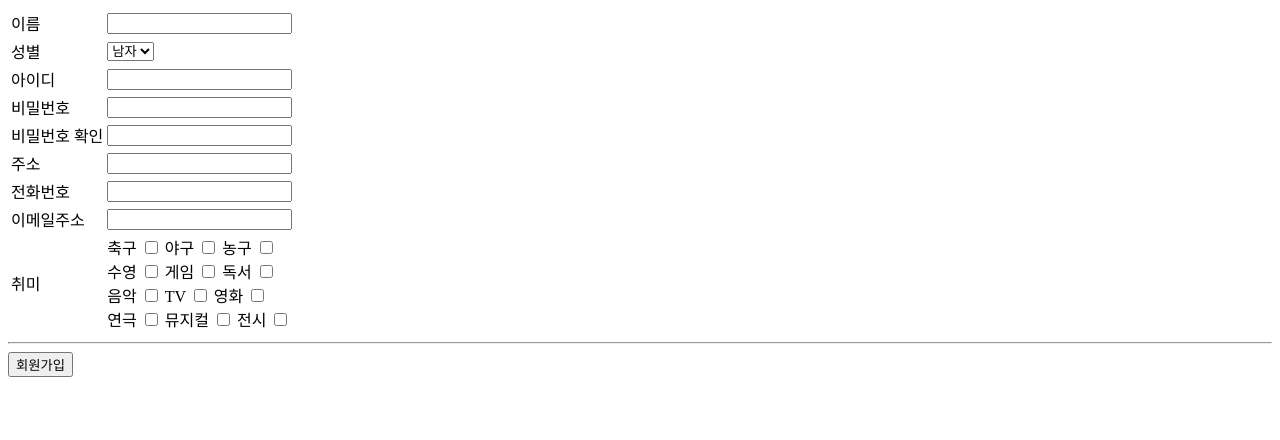
Repository: Gabintree/JDBC2019
Page: http://localhost/Jsp20190510_start/Jsp0516_chap6.jsp
These files come from the project's save history. The page is drawn as it stood at one moment and after a run of saves; the edit follows.
The browser window is 1280 px wide. The pictures show the whole page.
The page is served by Tomcat 9.

Above is the page before, as saved 2019-05-16 06:15:49.

### Jsp20190510_start/WebContent/Jsp0516_chap6.jsp
<%@ page language="java" contentType="text/html; charset=UTF-8"
    pageEncoding="UTF-8"%>
<!DOCTYPE html>
<html>
<head>
<meta charset="UTF-8">
<title>Chaop6 page.1</title>
</head>
<body>
	<form action="" method="post">
	<table>
		<tr>
			<td>이름</td>
			<td><input type ="text" name="name"></td>
		</tr>
		<tr>
			<td>성별</td>
			<td>
			<select name = "namyeo">
				<option value="남자">남자</option>
				<option value="여자">여자</option>
			</select>
			</td>
		</tr>
		<tr>
			<td>아이디</td>
			<td><input type ="text" name="id"></td>
		</tr>
		<tr>
			<td>비밀번호</td>
			<td><input type ="text" name="pw"></td>
		</tr>
		<tr>
			<td>비밀번호 확인</td>
			<td><input type = "text" name="pw_re"></td>
		</tr>
		<tr>
			<td>주소</td>
			<td><input type ="text" name="ad"></td>
		</tr>
		<tr>
			<td>전화번호</td>
			<td><input type ="tel" name="tel"></td>
		</tr>
		<tr>
			<td>이메일주소</td>
			<td><input type = "email" name= "mail"></td>
		</tr>
		<tr>
			<td>취미</td>
			<td>
				축구 <input type="checkbox" name="hobby" value="축구">
				야구 <input type="checkbox" name="hobby" value="야구">
				농구 <input type="checkbox" name="hobby" value="농구"><br>
				수영 <input type="checkbox" name="hobby" value="수영">
				게임 <input type="checkbox" name="hobby" value="게임">
				독서 <input type="checkbox" name="hobby" value="독서"><br>
				음악 <input type="checkbox" name="hobby" value="음악">
				TV <input type="checkbox" name="hobby" value="TV">
				영화 <input type="checkbox" name="hobby" value="영화"><br>
				연극 <input type="checkbox" name="hobby" value="연극">
				뮤지컬 <input type="checkbox" name="hobby" value="뮤지컬">
				전시 <input type="checkbox" name="hobby" value="전시">
			</td>
		</tr>
	</table>
<hr>
			<input type ="submit" value="회원가입">
	</form>




</body>
</html>

After the next 2 saves:
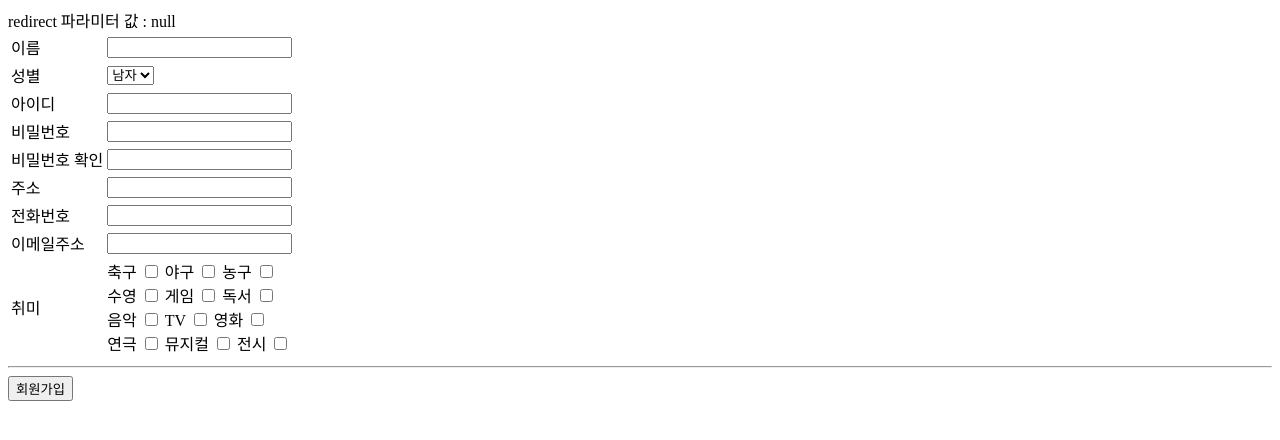
The 2 saves are shown as one change because they came seconds apart.
The last was saved 10 min 35 s later.
--- a/Jsp20190510_start/WebContent/Jsp0516_chap6.jsp
+++ b/Jsp20190510_start/WebContent/Jsp0516_chap6.jsp
@@ -1,5 +1,10 @@
 <%@ page language="java" contentType="text/html; charset=UTF-8"
     pageEncoding="UTF-8"%>
+<%
+	String redirect = request.getParameter("redirect");
+	out.println("redirect 파라미터 값 : " + redirect);
+
+ %>
 <!DOCTYPE html>
 <html>
 <head>
